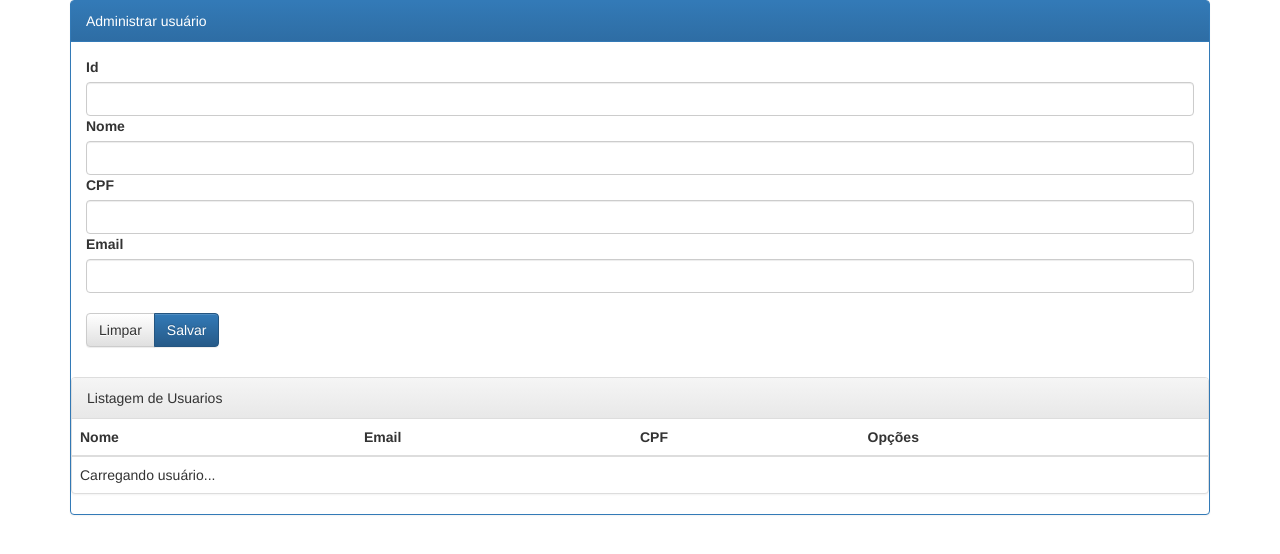
Repository: heloisakrajewski/projeto-leo
Page: Projeto/pyrafilms/WebContent/index.html
An editor plug-in stored every save of this project. The page is shown before and after the next save, followed by the edit.
The browser window is 1280 px wide. The pictures show the whole page.

Above is the page before, as saved 2016-11-21 23:11:37.
Console error: ReferenceError: listarUsuarios is not defined

### Projeto/pyrafilms/WebContent/index.html
<!DOCTYPE html>
<html lang="pt-br">
<head>
<meta charset="utf-8">
<meta http-equiv="X-UA-Compatible" content="IE=edge">
<meta name="viewport" content="width=device-width, initial-scale=1">
<!-- As 3 meta tags acima *devem* vir em primeiro lugar dentro do `head`; qualquer outro conteúdo deve vir *após* essas tags -->
<title>Pyra Films</title>

<!-- Bootstrap -->
<link href="css/bootstrap.min.css" rel="stylesheet">
<link href="css/bootstrap-theme.min.css" rel="stylesheet">

</head>
<body>

	<div class="container">

		<div class="panel panel-primary">
			<div class="panel-heading">Administrar usuário</div>
			<div class="panel-body">

				<form id="criarCervejaForm">
					<div class="form-group">
						<label>Id</label>
						<input type="text" class="form-control"name="id" />

						<label>Nome</label>
						<input type="text" class="form-control" name="nome" />

						<label>CPF</label>
						<input type="text" class="form-control" name="cpf" />

						<label>Email</label>
						<input type="text" class="form-control" name="email"></input>

						<br />

						<div class="btn-block btn-group">
						<input type="reset" class="btn btn-default" value="Limpar" />
						<input type="button" class="btn btn-primary" value="Salvar"
							onclick="adicionaUsuario();" />
						</div>
					</div>
				</form>
			</div>
			<div class="panel panel-default">
				<!-- Default panel contents -->
				<div class="panel-heading">Listagem de Usuarios</div>
				<table id="grid-usuarios" class="table">
					<thead>
						<tr>
							<th>Nome</th>
							<th>Email</th>
							<th>CPF</th>
							<th>Opções</th>
						</tr>
					</thead>
					<tr>
						<td colspan="5">Carregando usuário...</td>
					</tr>
				</table>
			</div>
		</div>
	</div>

	<!-- <div id="images" class="panel" style="float: left;"></div> -->

	<script src="js/jquery-1.10.2.min.js" type="text/javascript"></script>
	<script src="js/json.js" type="text/javascript"></script>
	<script src="js/bootstrap.min.js"></script>
	<script src="js/custom.js" type="text/javascript"></script>
	<script type="text/javascript">
		listarUsuarios();
	</script>
</body>
</html>

### Projeto/pyrafilms/WebContent/js/json.js
/*!
  SerializeJSON jQuery plugin.
  https://github.com/marioizquierdo/jquery.serializeJSON
  version 1.0.1 (Aug 20, 2012)

  Copyright (c) 2012 Mario Izquierdo
  Dual licensed under the MIT (http://www.opensource.org/licenses/mit-license.php)
  and GPL (http://www.opensource.org/licenses/gpl-license.php) licenses.
*/
(function ($) {
  "use strict";

  $.fn.serializeJSON = function () {
    var obj, formAsArray;
    obj = {};
    formAsArray = this.serializeArray();

    $.each(formAsArray, function (i, input) {
      var name, value, keys;
      name = input.name;
      value = input.value;

      // Split the input name in programatically readable keys
      // name = "foo"              => keys = ['foo']
      // name = "[foo]"            => keys = ['foo']
      // name = "foo[inn][bar]"    => keys = ['foo', 'inn', 'bar']
      // name = "foo[inn][arr][0]" => keys = ['foo', 'inn', 'arr', '0']
      // name = "arr[][val]"       => keys = ['arr', '', 'val']
      keys = $.map(name.split('['), function (key) {
        var last;
        last = key[key.length - 1];
        return last === ']' ? key.substring(0, key.length - 1) : key;
      });
      if (keys[0] === '') { keys.shift(); } // "[foo][inn]" should be same as "foo[inn]"

      // Set value in the object using the keys
      $.deepSet(obj, keys, value);
    });
    return obj;
  };

  // Auxiliar function to check if a variable is an Object
  var isObject = function (obj) {
    return obj === Object(obj);
  };

  /**
  Access the object in a deep key and assigns the value:

  // Examples:
  deepSet(obj, ['foo'], v)                //=> obj['foo'] = v
  deepSet(obj, ['foo', 'inn'], v)         //=> obj['foo']['inn'] = v // Create the inner obj['foo'] object, if needed
  deepSet(obj, ['foo', 'inn', 'inn'], v)  //=> obj['foo']['inn']['inn'] = v
  deepSet(obj, ['0'], v)                  //=> obj[0] = v // obj may be an Array
  deepSet(obj, [''], v)                   //=> obj.push(v) // assume obj as array, and add a new value to the end
  deepSet(obj, ['arr', '0'], v)           //=> obj['arr']['0'] = v // obj['arr'] is created as Array if needed
  deepSet(obj, ['arr', ''], v)            //=> obj['arr'].push(v)
  deepSet(obj, ['foo', 'arr', '0'], v)    //=> obj['foo']['arr'][0] = v // obj['foo'] is created as object and obj['foo']['arr'] as a Array, if needed
  deepSet(obj, ['arr', '0', 'foo'], v)    //=> obj['arr']['0']['foo'] = v // obj['foo'] is created as object and obj['foo']['arr'] as a Array and obj['foo']['arr'][0] as object, if needed

  // Complex example with array empty index,
  // it creates a new element, unless there is a nested non repeated key, so it assigns to the last element object:
  var arr = []
  deepSet(arr, [''], v)                   //=> arr === [v]
  deepSet(arr, ['', 'foo'], v)            //=> arr === [v, {foo: v}]
  deepSet(arr, ['', 'bar'], v)            //=> arr === [v, {foo: v, bar: v}]
  deepSet(arr, ['', 'bar'], v)            //=> arr === [v, {foo: v, bar: v}, {bar: v}]
  */
  $.deepSet = function (obj, keys, value) {
    if (!keys || keys.length === 0) { throw new Error("ArgumentError: keys param expected to be an array with least one key"); }
    var key, next, tail, defaultIfNotDefined, lastKey, lastElement;
    key = keys[0];
    next = keys[1];
    if (next !== undefined && next !== null) {
      tail = keys.slice(1);
      if (key === '') { // Empty key with => merge keys in the object element
        lastKey = obj.length - 1;
        lastElement = obj[obj.length - 1];
        if (isObject(lastElement) && !lastElement[next]) { // if next key is a new attribute in the last object element then set the new value in there
          key = lastKey;
        } else { // if the array does not have an object as last element, create one
          obj.push({});
          key = lastKey + 1;
        }
      }
      if (obj[key] === undefined) { // obj[key] ||= defaultIfNotDefined
        defaultIfNotDefined = (next === '' || !isNaN(parseInt(next, 10))) ? [] : {}; // Array or Object depending on next key
        obj[key] = defaultIfNotDefined;
      }
      $.deepSet(obj[key], tail, value); // Recursive access the inner Object
    } else {
      if (key === '') {
        obj.push(value);
      } else {
        obj[key] = value;
      }
    }
  };

}(jQuery));

Loaded but not shown: Projeto/pyrafilms/WebContent/css/bootstrap.min.css (library); Projeto/pyrafilms/WebContent/css/bootstrap-theme.min.css (library); Projeto/pyrafilms/WebContent/js/jquery-1.10.2.min.js (library); Projeto/pyrafilms/WebContent/js/bootstrap.min.js (library); Projeto/pyrafilms/WebContent/js/custom.js (no copy from this time; the picture is the same without it)

After the next save:
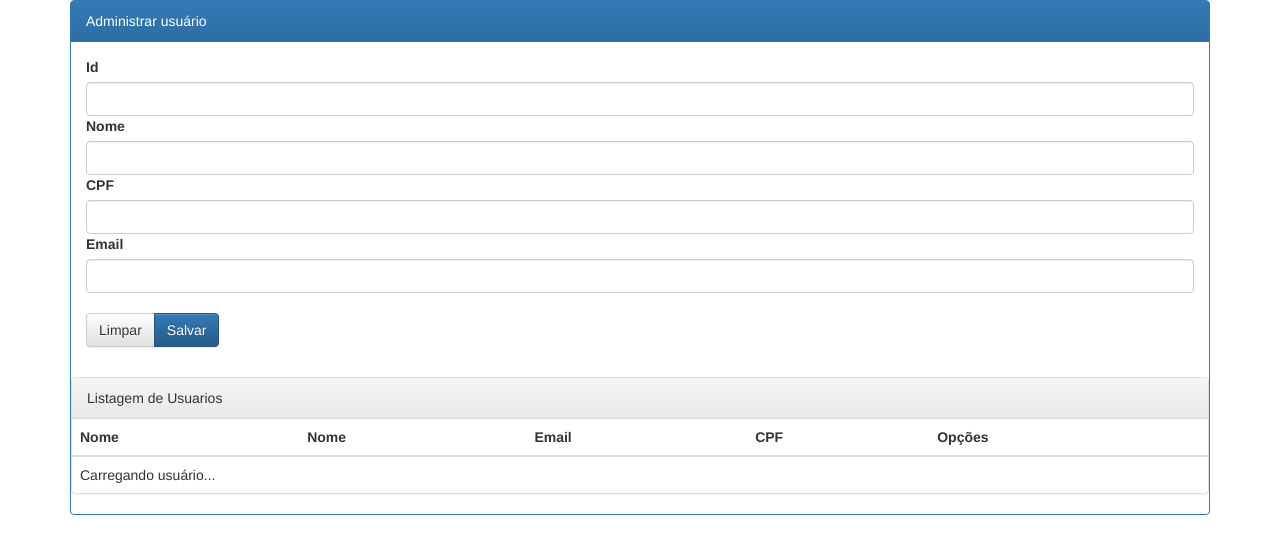
Saved 24 min 27 s later.
--- a/Projeto/pyrafilms/WebContent/index.html
+++ b/Projeto/pyrafilms/WebContent/index.html
@@ -51,6 +51,7 @@
 					<thead>
 						<tr>
 							<th>Nome</th>
+							<th>Nome</th>
 							<th>Email</th>
 							<th>CPF</th>
 							<th>Opções</th>
